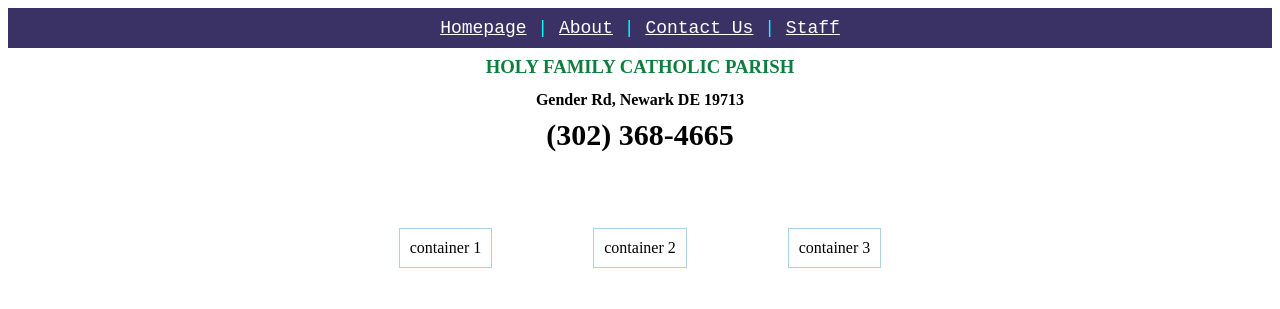
Repository: ficotims/HTML-RESTART
Page: Homepage.html
An editor plug-in stored every save of this project. The page is shown before and after the next save, followed by the edit.
The browser window is 1280 px wide. The pictures show the whole page.

Above is the page before, as saved 2026-02-10 22:51:58.

After the next save:
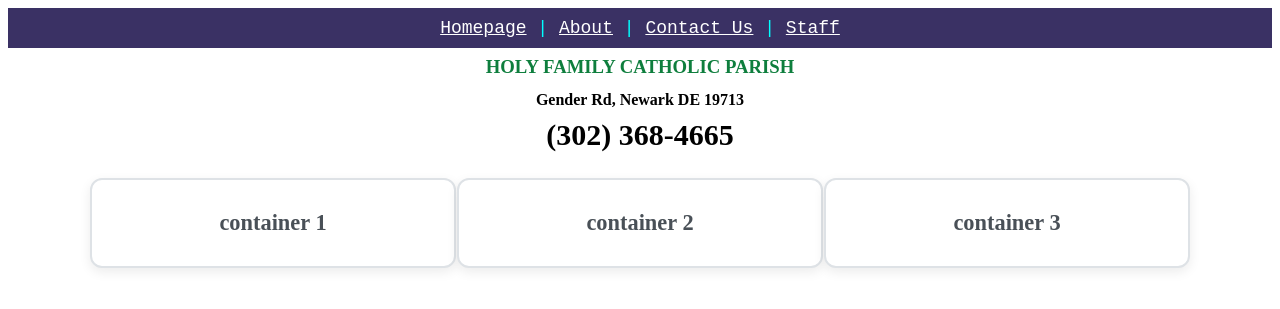
Saved 92 s later.
--- a/Homepage.html
+++ b/Homepage.html
@@ -26,13 +26,13 @@
 
  <!-- CONTAINERS -->
   <div class="container">
-  <div class="carton">
+  <div class="box">
     container 1
   </div>
-  <div class="carton">
+  <div class="box">
     container 2
   </div>
-  <div class="carton">
+  <div class="box">
     container 3
   </div>
 </div>
